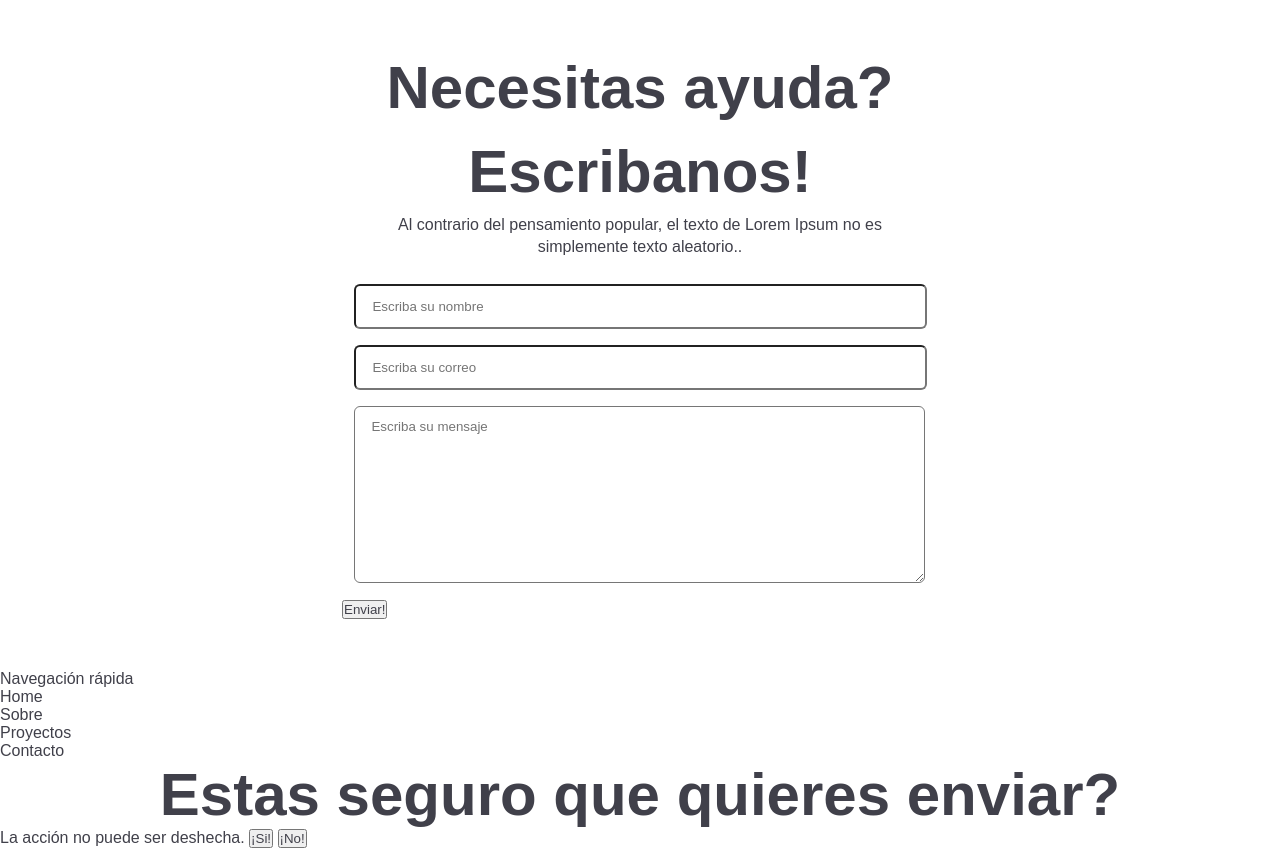
Repository: robsonmarkes/accesibilidad
Page: index.html
The author's editor kept a copy of each file at every save. The page is drawn from the files as they stood at one save, then again after the next save.
The browser window is 1280 px wide. The pictures show the part of the page from y = 1369 to 2219 px (the page is 2217 px tall before and 2219 px after).
A picture or video elsewhere on the page could not be fetched, so the positions and the page height are approximate.

Above is the page before, as saved 2022-10-11 10:56:32.

### index.html
<!DOCTYPE html>
<html lang="en">
<head>
    <meta charset="UTF-8">
    <meta http-equiv="X-UA-Compatible" content="IE=edge">
    <meta name="viewport" content="width=device-width, initial-scale=1.0">
    <title>Mi empresa portal</title>
    <link rel="stylesheet" href="style.css">
</head>
<body>
    <!-- wrong way -->
    <div class="wrap">
        <div class="header">
            <a href="http://google.com" class="logo">
                <img src="https://www.pngarts.com/files/3/Logo-PNG-Transparent-Image.png" alt="" srcset="">
            </a>
            <ul>
                <li>
                    <a href="#" target="_blank" rel="noopener noreferrer">Home</a>
                </li>
                <li>
                    <a href="#" target="_blank" rel="noopener noreferrer">Proyectos</a>
                </li>
                <li>
                    <a href="#" target="_blank" rel="noopener noreferrer">Contacto</a>
                </li>
            </ul>
        </div>
        <div class="content">
            <div class="article">
                <h1>Bienvenido!</h1>
                <p>
                    Lorem Ipsum es simplemente el texto de relleno de las imprentas y archivos de texto. Lorem Ipsum ha sido el texto de relleno estándar de las industrias desde el año 1500, cuando un impresor (N. del T. persona que se dedica a la imprenta) desconocido usó una galería de textos y los mezcló de tal manera que logró hacer un libro de textos especimen. No sólo sobrevivió 500 años, sino que tambien ingresó como texto de relleno en documentos electrónicos, quedando esencialmente igual al original. Fue popularizado en los 60s con la creación de las hojas "Letraset", las cuales contenian pasajes de Lorem Ipsum, y más recientemente con software de autoedición, como por ejemplo Aldus PageMaker, el cual incluye versiones de Lorem Ipsum.
                </p>
                <div class="buttons">
                    <button class="primary">Empezar!</button>
                    <button class="secondary">Contacto</button>
                </div>
            </div>
            <hr />
            <div class="article">
                <h1>Nuestra empresa</h1>
                <p>
                    Es un hecho establecido hace demasiado tiempo que un lector se distraerá con el contenido del texto de un sitio mientras que mira su diseño. El punto de usar Lorem Ipsum es que tiene una distribución más o menos normal de las letras, al contrario de usar textos como por ejemplo "Contenido aquí, contenido aquí". Estos textos hacen parecerlo un español que se puede leer. Muchos paquetes de autoedición y editores de páginas web usan el Lorem Ipsum como su texto por defecto, y al hacer una búsqueda de "Lorem Ipsum" va a dar por resultado muchos sitios web que usan este texto si se encuentran en estado de desarrollo. Muchas versiones han evolucionado a través de los años, algunas veces por accidente, otras veces a propósito (por ejemplo insertándole humor y cosas por el estilo).
                </p>
                <img src="https://cdn-dynmedia-1.microsoft.com/is/image/microsoftcorp/O2019-Hero-image-x2:VP1-539x440?resMode=sharp2&op_usm=1.5,0.65,15,0&wid=1920&hei=720&qlt=75&fit=constrain" alt="">
            </div>
            <hr />
            <div class="article">
                <h1>Necesitas ayuda? Escribanos!</h1>
                <p>
                    Al contrario del pensamiento popular, el texto de Lorem Ipsum no es simplemente texto aleatorio..
                </p>
                <form action="">
                    <fieldset>
                        <legend>En formulário de ejemplo</legend>
                        <div class="form-group">
                            <label for="name">nombre:</label>
                            <input type="text" name="name" id="name" placeholder="Escriba su nombre">
                        </div>
                        <div class="form-group">
                            <label for="email">correo:</label>
                            <input type="text" name="email" id="email" placeholder="Escriba su correo">
                        </div>
                        <div class="form-group">
                            <label for="message">mensaje:</label>
                            <textarea name="message" id="message" cols="30" rows="10" placeholder="Escriba su mensaje"></textarea>
                        </div>
                        <button>Enviar!</button>
                    </fieldset>
                </form>
            </div>
        </div>
        <div class="footer">
            <span>Navegación rápida</span>
            <ul>
                <li>
                    <a href="#" target="_blank" rel="noopener noreferrer">Home</a>
                </li>
                <li>
                    <a href="#" target="_blank" rel="noopener noreferrer">Sobre</a>
                </li>
                <li>
                    <a href="#" target="_blank" rel="noopener noreferrer">Proyectos</a>
                </li>
                <li>
                    <a href="#" target="_blank" rel="noopener noreferrer">Contacto</a>
                </li>
            </ul>
        </div>
        <div class="modal">
            <h2 class="title">Estas seguro que quieres enviar?</h2>
            <span>La acción no puede ser deshecha.</span>
            <button>¡Si!</button>
            <button>¡No!</button>
        </div>
    </div>
</body>
</html>

### style.css
:root {
    --primary-bg: rgb(81, 101, 228);
    --primary-color: #fff;
    --secondary-bg: #ffffff;
    --secondary-color: rgb(64, 64, 74);
    --body-bg: rgb(64, 64, 74);
    --transition-time: 0.2s;
  }

body, * {
    margin: 0;
    padding: 0;
    list-style-type: none;
    text-decoration: none;
    font-family:Arial, Helvetica, sans-serif;
    color: var(--secondary-color);
}

body a:hover {
    color: var(--primary-color);
}

.wrap {
    width: 100%;
    height: auto;
    margin: 0 auto;

}

.wrap .header {
    display: flex;
    align-items: center;
    background-color: var(--primary-bg);
}

.wrap .header  img {
    filter: invert(100%);
    height: 64px;
}

.wrap .header ul {
    display: flex;
}
.wrap .header ul li {
    padding: 1rem;
}
.wrap .header a {
    color: var(--primary-color);
}

.wrap .content {
    width: 100%;
    min-width: 400px;
    margin: 0;
}

.wrap .content .article {
    margin: 0 auto;
    padding: 64px 0 48px;
    max-width: 600px;
    line-height: 1.4;
}

.wrap .content .article h1, h2, h3 {
    font-size: 3.75rem;
    padding-bottom: 0.35;
    text-align: center;
}

.wrap .content .article p {
    font-size: 1rem;
    text-align: center;
    padding: 0 1rem 1rem;
}

.wrap .content .article img {
    margin: 0 auto;
    max-width: 100%;
    padding: 1rem;
}

.wrap .content .article .buttons {
    max-width: 220px;
    margin: 0 auto;
    display: flex;
}

.wrap .content .article .buttons button {
    font-size: 1rem;
    padding: 0.5rem 1rem;
    margin: 4px;
    border: 2px solid;
    border-radius: 4px;
    cursor: pointer;
    background-color: transparent;
}

.wrap .content .article .buttons button.primary {
    background-color: var(--primary-color);
    color: var(--primary-bg);
    transition: var(--transition-time) background-color;
}

.wrap .content .article .buttons button.primary:hover {
    background-color: var(--primary-bg);
    color: var(--primary-color);
    border-color: var(--primary-bg);
}

.wrap .content .article .buttons button.secondary {
    background-color: var(--secondary-color);
    color: var(--secondary-bg);
    border-color: var(--secondary-color);
    transition: var(--transition-time) background-color;
}

.wrap .content .article .buttons button.secondary:hover {
    background-color: var(--secondary-bg);
    color: var(--secondary-color);
    border-color: var(--secondary-color);
}

.wrap .content .article form {
    width: 100%;
    margin: 0 auto;
}

.wrap .content .article form fieldset {
    border-color: transparent;
}

.wrap .content .article form fieldset legend {
    opacity: 0;
    font-size: 0px;
}

.wrap .content .article form .form-group {
    display: block;
}

.wrap .content .article form .form-group label {
    opacity: 0;
    font-size: 0px;
}

.wrap .content .article form .form-group input, .wrap .content .article form .form-group textarea {
    padding: 0.8rem 1rem;
    margin: 0.5rem;
    border-radius: 6px;
    width: 90%;

}

After the next save:
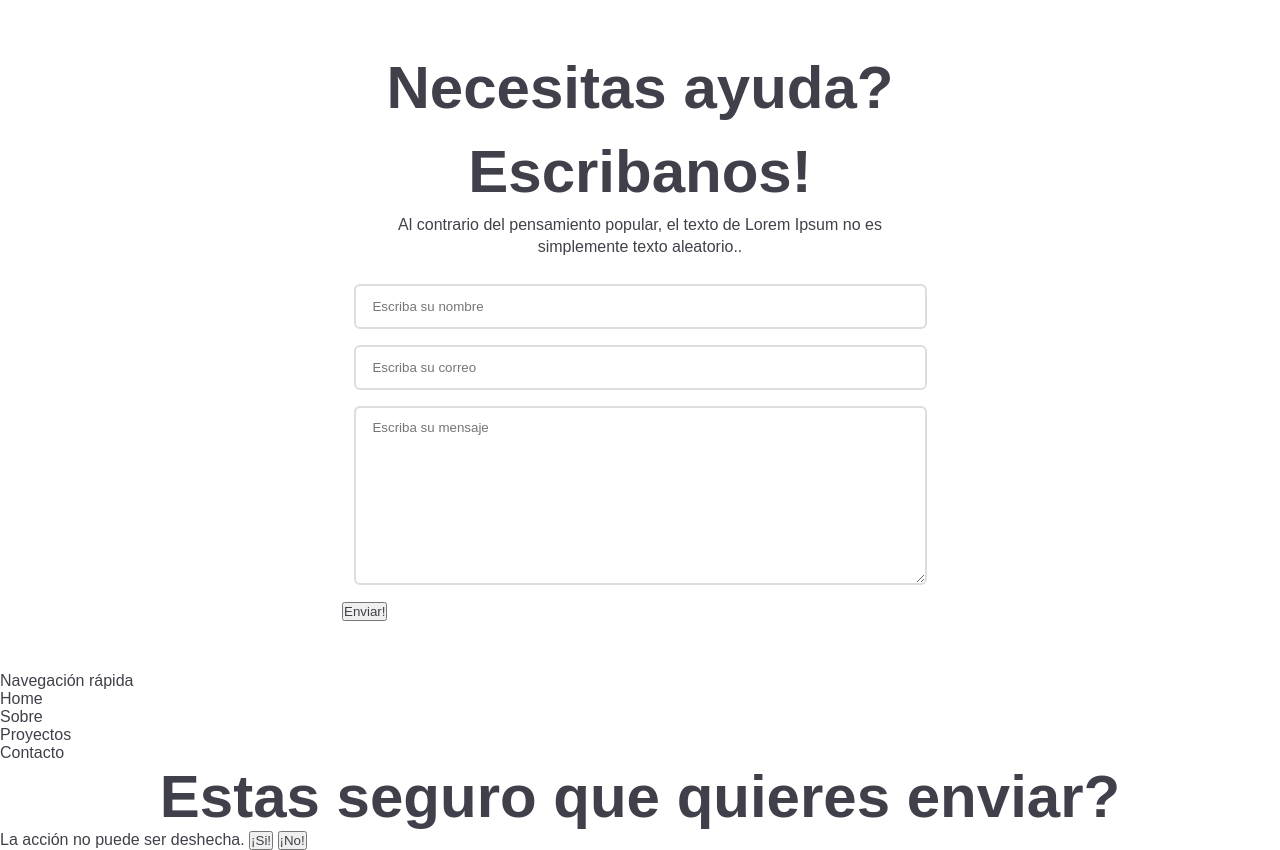
Saved 13 s later.
--- a/style.css
+++ b/style.css
@@ -146,6 +146,7 @@ body a:hover {
 .wrap .content .article form .form-group input, .wrap .content .article form .form-group textarea {
     padding: 0.8rem 1rem;
     margin: 0.5rem;
+    border: 2px solid #ddd;
     border-radius: 6px;
     width: 90%;
 
